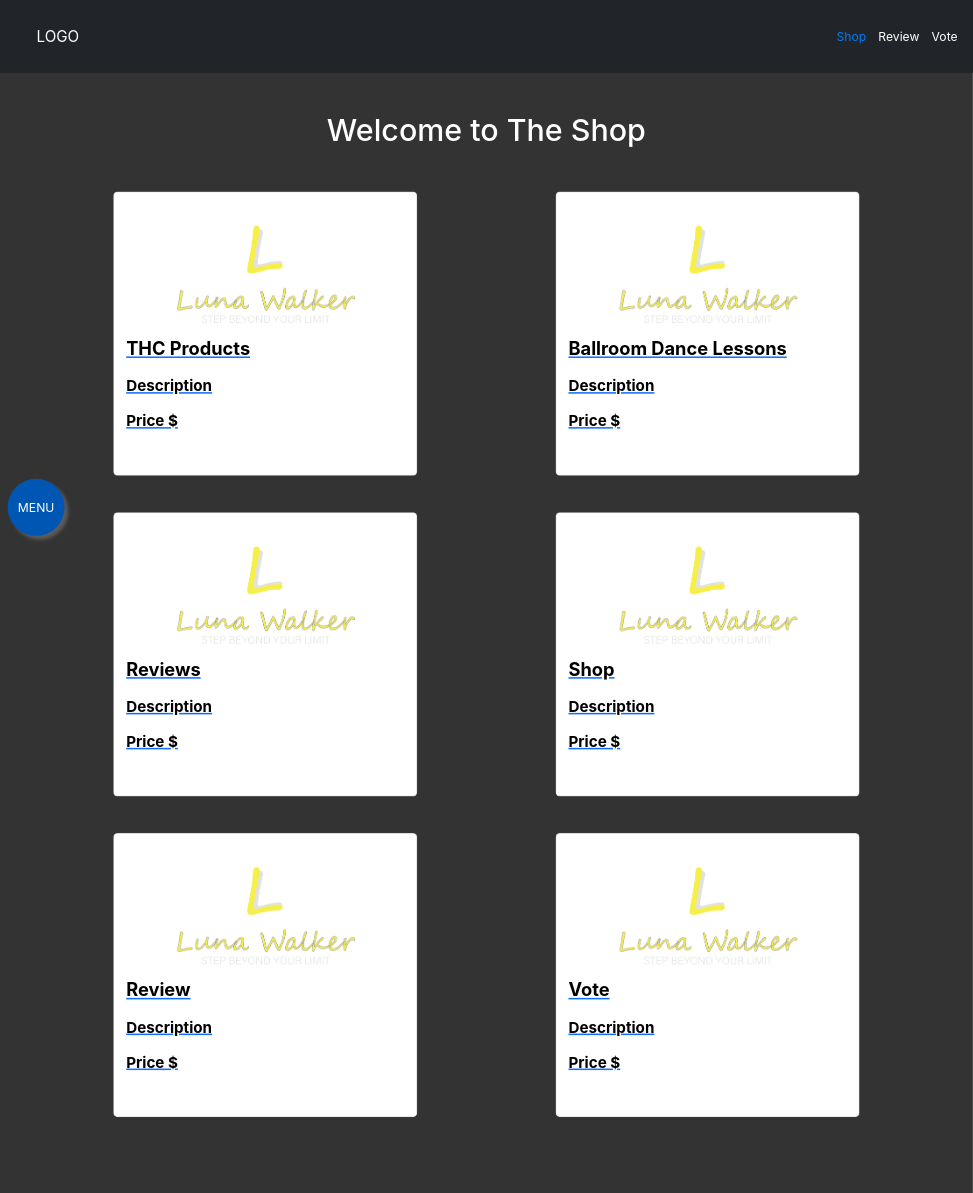
Repository: DragonFruit8/basic-website
Page: /shop
The author's editor kept a copy of each file at every save. The page is drawn from the files as they stood at one save, then again after a run of saves.
The browser window is 1280 px wide. The pictures show the whole page, at 76% of full size.
The pointer rests on the first visible `#sidebarButton`.
The project was rebuilt for these pictures with package versions that can differ from the ones it lists, and the page was loaded fresh each time. Also part of the build but not shown: src/sections/MissionSec.js, src/sections/AboutSec.js, src/sections/ServiceSec.js, src/Img/LunaLogo.js, src/sections/SupportSec.js, src/sections/HeroSec.js, src/pages/HomePage.js.

Above is the page before, as saved 2024-06-23 10:12:08.

### public/index.html
<!DOCTYPE html>
<html lang="en">
  <head>
    <meta charset="utf-8" />
    <link rel="icon" href="%PUBLIC_URL%/favicon.ico" />
    <meta name="viewport" content="width=device-width, initial-scale=1" />
    <meta name="theme-color" content="#000000" />
    <meta
      name="description"
      content="Web site created using create-react-app"
    />
    <link rel="apple-touch-icon" href="%PUBLIC_URL%/logo192.png" />
    <!--
      manifest.json provides metadata used when your web app is installed on a
      user's mobile device or desktop. See https://developers.google.com/web/fundamentals/web-app-manifest/
    -->
    <link rel="manifest" href="%PUBLIC_URL%/manifest.json" />
    <link href="https://cdn.jsdelivr.net/npm/bootstrap@5.3.3/dist/css/bootstrap.min.css" rel="stylesheet" integrity="sha384-QWTKZyjpPEjISv5WaRU9OFeRpok6YctnYmDr5pNlyT2bRjXh0JMhjY6hW+ALEwIH" crossorigin="anonymous">
    <!--
      Notice the use of %PUBLIC_URL% in the tags above.
      It will be replaced with the URL of the `public` folder during the build.
      Only files inside the `public` folder can be referenced from the HTML.

      Unlike "/favicon.ico" or "favicon.ico", "%PUBLIC_URL%/favicon.ico" will
      work correctly both with client-side routing and a non-root public URL.
      Learn how to configure a non-root public URL by running `npm run build`.
    -->
    <title>React App</title>
  </head>
  <body>
    <noscript>You need to enable JavaScript to run this app.</noscript>
    <div id="root"></div>
    <!--
      This HTML file is a template.
      If you open it directly in the browser, you will see an empty page.

      You can add webfonts, meta tags, or analytics to this file.
      The build step will place the bundled scripts into the <body> tag.

      To begin the development, run `npm start` or `yarn start`.
      To create a production bundle, use `npm run build` or `yarn build`.
    -->
    <script src="https://cdn.jsdelivr.net/npm/@popperjs/core@2.11.8/dist/umd/popper.min.js" integrity="sha384-I7E8VVD/ismYTF4hNIPjVp/Zjvgyol6VFvRkX/vR+Vc4jQkC+hVqc2pM8ODewa9r" crossorigin="anonymous"></script>
<script src="https://cdn.jsdelivr.net/npm/bootstrap@5.3.3/dist/js/bootstrap.min.js" integrity="sha384-0pUGZvbkm6XF6gxjEnlmuGrJXVbNuzT9qBBavbLwCsOGabYfZo0T0to5eqruptLy" crossorigin="anonymous"></script>
  </body>
</html>

### src/App.js
import React from 'react';
import { BrowserRouter as Router, Routes, Route } from 'react-router-dom';
import './App.css';
import Navbar from './components/Navbar';
import Sidebar from './components/Sidebar';
import HomePage from './pages/HomePage';
import ShopPage from './pages/ShopPage';

function App() {

  return (
    <>
      <Router>
        <Navbar />
        <Sidebar />
        <Routes>
          <Route path="/" element={<HomePage />} />
          <Route path="/shop" element={<ShopPage />} />
        </Routes>
   </Router>
    </>
  );
}

export default App;

### src/App.css
.App {
  text-align: center;
  z-index: -10;
}

.App-logo {
  height: 40vmin;
  pointer-events: none;
  z-index: 0;
}

@media (prefers-reduced-motion: no-preference) {
  .App-logo {
    animation: App-logo-spin infinite 20s linear;
  }
}

.App-header {
  background-color: #282c34;
  min-height: 100vh;
  display: flex;
  flex-direction: column;
  align-items: center;
  justify-content: center;
  font-size: calc(10px + 2vmin);
  color: white;
}

.App-link {
  color: #61dafb;
}
#sidebar {
  display: flex;
  flex-direction: column;
  background-color: transparent !important;
  height: 100%;
  width: 100px;
  position: fixed;
  top: 55px;
  left: 0;
  z-index: 1;
  overflow-x: hidden;
  padding-top: 20px;
  z-index: 10;
  /* rounded corners*/
  border-radius: 100px;

}

#offcanvasNavbar{
  position: fixed;
  margin-top: 55px;
}

#sidebarButton {
  position: absolute;
  bottom: 100px;
  left: 0px;
  width: 75px;
  height: 75px;
  border: none;
  color: white;
  padding: 10px 10px;
  text-align: center;
  text-decoration: none;
  display: inline-block;
  font-size: 16px;
  margin: auto auto -30px 10px;
  cursor: pointer;
  z-index: 100;
  border-radius: 100%;
  background-color: #007bff;
}

#sidebarButton:hover {
  background-color: #0056b3;
  box-shadow: 5px 5px 5px 0 rgba(255, 255, 255, 0.2);
  width: ;

}

#closeButton, .btn-close {
  color: white !important;
  margin-left: 15px;
}
#aboutSec {
  height: 75vh;
}
.offcanvas-body {
 padding: 0 100px 0 100px;
}
#luna {
  position: relative;
  background-size: cover;
  background-repeat: no-repeat;
  background-position: center;
  height: auto;
  width: 250px;
  margin: 0 auto;
}

/* HomePage Hero */
.hero {
  height: 100vh;
  width: 100%;
  display: flex;
  align-items: center;
  color: white !important;
  text-align: center;
  font-size: 2rem;
  font-weight: 700;
  background: url('https://unsplash.com/photos/photo-of-outer-space-Q1p7bh3SHj8');
  background-size: cover;
  background-repeat: no-repeat;
  background-position: center;
  background-color: rgba(0, 0, 0, 0.8);

}
.hero-content
.dropdown-item {
  width: 100%;
  margin: 0 auto;
  color: white;
  background-color: #007bff;
}
.dropdown-item:hover {
  background-color: #0056b3;
  color: white;
}


a.nav-link, a.nav-item {
  color: white !important;
}
a.nav-link, a.nav-item {
 padding: 20px 0 20px 0;
}

a.nav-link:hover, a.nav-item:hover {
  color: #ffd000 !important;
}
a.active {
  color: #007bff !important;
}

/* Shop */
.shop {
  height: auto;
  width: 100%;
  display: flex;
  align-items: center;
  color: white !important;
  text-align: center;
  font-size: 2rem;
  font-weight: 700;
  background-color: rgba(0, 0, 0, 0.8);
  flex-wrap: wrap;
  padding-top: 100px;
  padding-bottom: 100px;
}
#shopItem {
  min-width: 400px;
  margin: 0 auto;
  color: white;
  list-style-type: none;
  padding: 0;
}

@keyframes App-logo-spin {
  from {
    transform: rotate(0deg);
  }
  to {
    transform: rotate(360deg);
  }
}

### src/components/Navbar.js
import React from 'react';
import data from '../../src/data';
// import axio from '../Instance';
// import Button from 'react-bootstrap/Button';
// import Modal from 'react-bootstrap/Modal';


const Navbar = () => {

    // const [email, setEmail] = useState('');
    // const [comment, setComment] = useState('');
    // const [show, setShow] = useState(false);

    // const handleClose = () => setShow(false);
    // const handleShow = () => setShow(true);

    // const clearForm = () => {
    //     setEmail('');
    //     setComment('');
    // };



    // const handleSubmit = (event) => {
    //     event.preventDefault();

    //     axio.post('/comments', {
    //         email,
    //         comment
    //     })
    //         .then(() => {
    //             console.log('Review submitted');
    //         })
    //         .catch((error) => {
    //             console.log(error);
    //         });
    //     clearForm();
    // };

    const path = window.location.pathname;
    return (
        <>
            {/* navbar navbar-expand-lg bg-body-tertiary navbar-dark bg-dark */}
            <nav className="navbar navbar-dark navbar-expand-lg bg-dark fixed-top">
                <div className="container-fluid ps-5">
                    <a className="navbar-brand" href="/">LOGO</a>
                    <button className="navbar-toggler" type="button" data-bs-toggle="collapse" data-bs-target="#navbarNav" aria-controls="navbarNav" aria-expanded="false" aria-label="Toggle navigation">
                        <span className="navbar-toggler-icon"></span>
                    </button>
                    <div className="collapse navbar-collapse" id="navbarNav">
                        <ul className="navbar-nav my-2 ms-auto me-0">
                            <li className="nav-item">
                                <a className={`nav-link ${path === `/${data.link1.b}` ? 'active' : ''}`} aria-current="page" href={`/${data.link1.b}`}>{data.link1.a}</a>
                            </li>
                            <li className="nav-item">
                                <a className={`nav-link ${path === `/${data.link2.b}` ? 'active' : ''}`} aria-current="page" href={`/${data.link2.b}`}>{data.link2.a}</a>
                            </li>
                            <li className="nav-item">
                                <a className={`nav-link ${path === `/${data.link3.b}` ? 'active' : ''}`} aria-current="page" href={`/${data.link3.b}`}>{data.link3.a}</a>
                            </li>
                        </ul>
                        {/* <span id='reviewModal' className="d-flex">
                                <Button variant="primary" onClick={handleShow}>Write a Review</Button>
                            </span> */}
                    </div>
                </div>
            </nav>
            {/* <Modal show={show} onHide={handleClose}>
                <Modal.Header closeButton>
                    <Modal.Title>Modal heading</Modal.Title>
                </Modal.Header>
                <Modal.Body>
                    <div
                        className="modal show"
                        style={{ display: 'block', position: 'initial' }}
                    >
                        <form // onSubmit={handleSubmit}
                        >
                            <div className="form-group">
                                <label htmlFor="email"
                                    className='form-label fs-5'
                                >Email</label>
                                <input
                                    type="email"
                                    id="email"
                                    value={email}
                                    onChange={(event) => setEmail(event.target.value)}
                                    required
                                    className='form-control'
                                />
                            </div>
                            <div className="form-group">
                                <label htmlFor="comment"
                                    className='form-label fs-5'
                                >Comment</label>
                                <textarea
                                    id="comment"
                                    value={comment}
                                    onChange={(event) => setComment(event.target.value)}
                                    required
                                    className='form-control'
                                />
                            </div>
                            <Button type="submit">Submit</Button>
                        </form>
                    </div>
                </Modal.Body>
                <Modal.Footer>
                    <Button variant="secondary" onClick={handleClose}>
                        Close
                    </Button>
                </Modal.Footer>
            </Modal> */}
        </>
    );
}

export default Navbar;

### src/components/Sidebar.js
import React from 'react'

export const canvasButton = () => {
    return (
        <button id='sidebarButton' className="btn btn-primary" type="button" data-bs-toggle="offcanvas" data-bs-target="#offcanvasNavbar" aria-controls="offcanvasNavbar">
        MENU
        </button>
    )
    }
export default function Sidebar() {

    return (
        <div>
            <sidebar id="sidebar" className="navbar bg-body-tertiary fixed-top">
                <div className="container-fluid">
                    <div className="offcanvas offcanvas-start bg-dark" tabindex="-1" id="offcanvasNavbar" aria-labelledby="offcanvasNavbarLabel">

                        <div className="offcanvas-body">
                            <ul className="navbar-nav justify-content-end flex-grow-1 pe-3 mt-5">

                                        <li><a className="nav-link" href="/shop">Shop</a></li>
                                        <li><a className="nav-link" href="/">Review</a></li>
                                        <li>
                                            <hr className="dropdown-divider" />
                                        </li>
                                        <li><a className="nav-link" href="/">Vote</a></li>
                            </ul>
                            {/* <form className="d-flex mt-3" role="search">
                                <input className="form-control me-2" type="search" placeholder="Search" aria-label="Search" />
                                <button className="btn btn-outline-success" type="submit">Search</button>
                            </form> */}
                        </div>
                    <div className="offcanvas-footer d-flex justify-content-start mb-5 ms-3">
                        {/* <h5 className="offcanvas-title" id="offcanvasNavbarLabel"></h5> */}
                        <button id='close' type="button" className="btn-close" data-bs-dismiss="offcanvas" aria-label="Close"></button>
                    </div>
                    </div>
                </div>
                {
                    canvasButton()
                }
            </sidebar>


        </div>
    )
}

### src/pages/ShopPage.js
import React from 'react';
import data from '../../src/data';
import ProductImage from '../../src/Img/ProductImage';

const ShopPage = () => {
    return (
        <section className="shop">
                <div className="container">
                    <div className="row justify-content-center my-5">
                        <div className="col-lg-6">
                            <div className="hero-content">
                                <h1>Welcome to The Shop</h1>
                            </div>
                        </div>
                    </div>
                </div>
            <div className="container">
                <div className="row">
                    <div className="d-flex col flex-wrap gap-5">
                        {
                            Object.keys(data).map((key, index) => {
                                return (
                                    <ul id="shopItem" className="card">
                                            <a href={`/${data[key].b}`} className="d-flex justify-content-start mb-2">
                                        <li key={index} className='list-unstyled mt-3 mb-3 card-body' style={{ fontSize: '1.5rem' }}>
                                                <ProductImage />
                                            <p className="d-flex justify-content-start text-black fs-4">{data[key].a}</p>
                                                {/* {data[key].a} */}
                                            <p className="d-flex justify-content-start text-black fs-5">Description</p>
                                            <p className="d-flex justify-content-start text-black fs-5">Price $</p>
                                        </li>
                                            </a>
                                    </ul>
                                );
                            })
                        }
                    </div>
                </div>
            </div>
        </section>
    );
};

export default ShopPage;

### src/data.js
const data = {
    thcProductsLink: { a: 'THC Products', b: 'thc-products' },
    ballroomDanceLessonsLink: { a: 'Ballroom Dance Lessons', b: 'ballroom-dance-lessons' },
    reviewsLink: { a: 'Reviews', b: 'reviews' },
    link1: { a: 'Shop', b: 'shop' },
    link2: { a: 'Review', b: 'review' },
    link3: { a: 'Vote', b: 'vote' }
};

export default data;

### src/Img/ProductImage.js
import React from 'react'
import '../../src/Img/Luna_logo.png'
const ProductImage = () => {
    const productImg = require('../../src/Img/Luna_logo.png')
    return (
        <div>
            <img
                id='luna'
                src={productImg}
                alt="placeholder"
                className="img-fluid"
                width="50px"
                height="50px"
                />
        </div>
    )
}

export default ProductImage

Loaded but not shown: src/index.js (common file); src/index.css (common file); src/reportWebVitals.js (common file); public/manifest.json (common file)

After the next 2 saves:
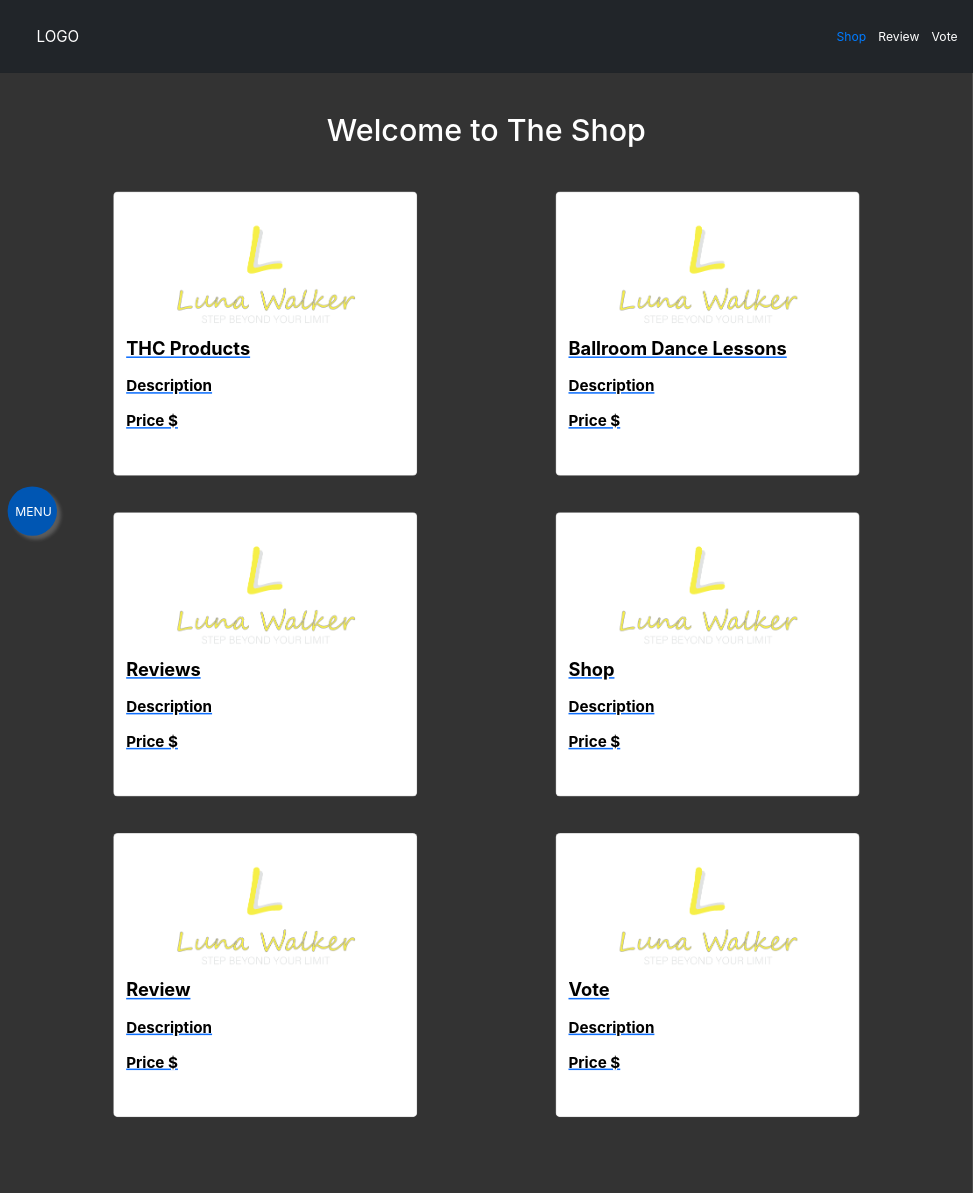
The 2 saves are shown as one change because they came seconds apart.
The last was saved 7 s later.
--- a/src/App.css
+++ b/src/App.css
@@ -75,7 +75,8 @@
 #sidebarButton:hover {
   background-color: #0056b3;
   box-shadow: 5px 5px 5px 0 rgba(255, 255, 255, 0.2);
-  width: ;
+  width: 65px;
+  height: 65px;
 
 }
 
